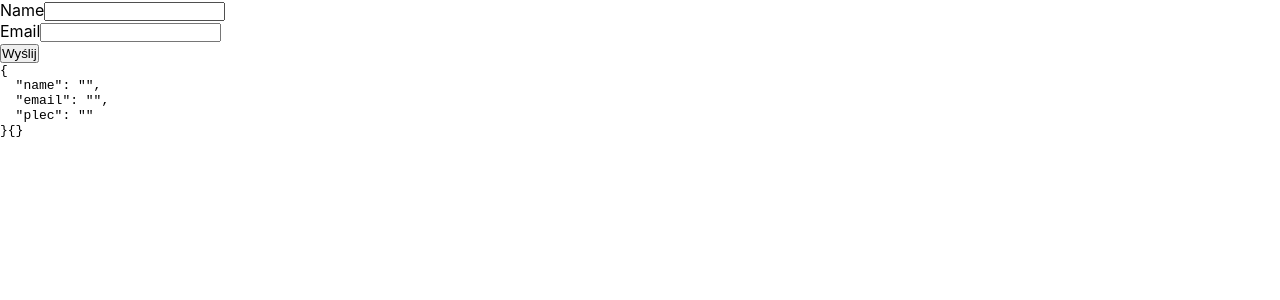
Repository: KrzysKolo/sr_tydzien4_zad3
Page: /
An editor plug-in stored every save of this project. The page is shown before and after a run of saves, followed by the edit.
The browser window is 1280 px wide. The pictures show the whole page.
The project was rebuilt for these pictures with package versions that can differ from the ones it lists, and the page was loaded fresh each time. Also part of the build but not shown: src/components/FormComponents/TextError.js.

Above is the page before, as saved 2020-11-19 13:15:10.

After the next 2 saves:
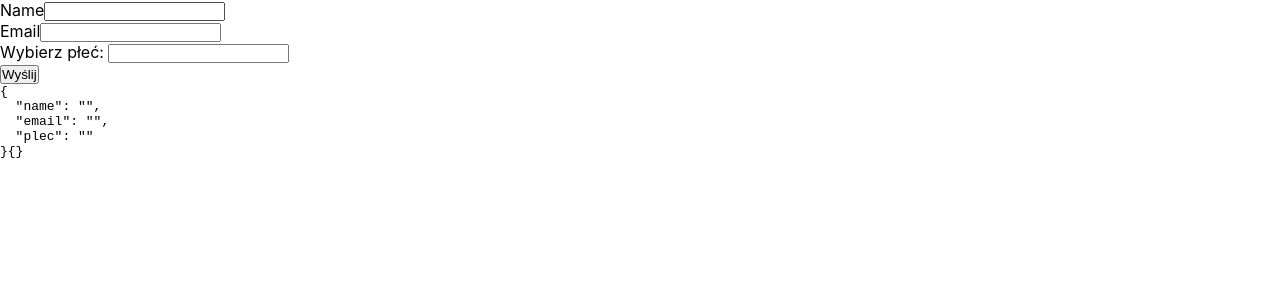
The 2 saves are shown as one change because 1 did not build or start.
The last was saved 58 s later.
--- a/src/components/Formik/FormikControl.js
+++ b/src/components/Formik/FormikControl.js
@@ -1,9 +1,11 @@
 import Input from './../FormComponents/Input';
+import Radio from './../FormComponents/Input';
 
 const FormikControl = (props) => {
     const { control, ...rest } = props;
     switch(control) {
         case 'input': return <Input {...rest} />
+        case 'radio': return <Radio {...rest} />
         default: return null
     }
 }
